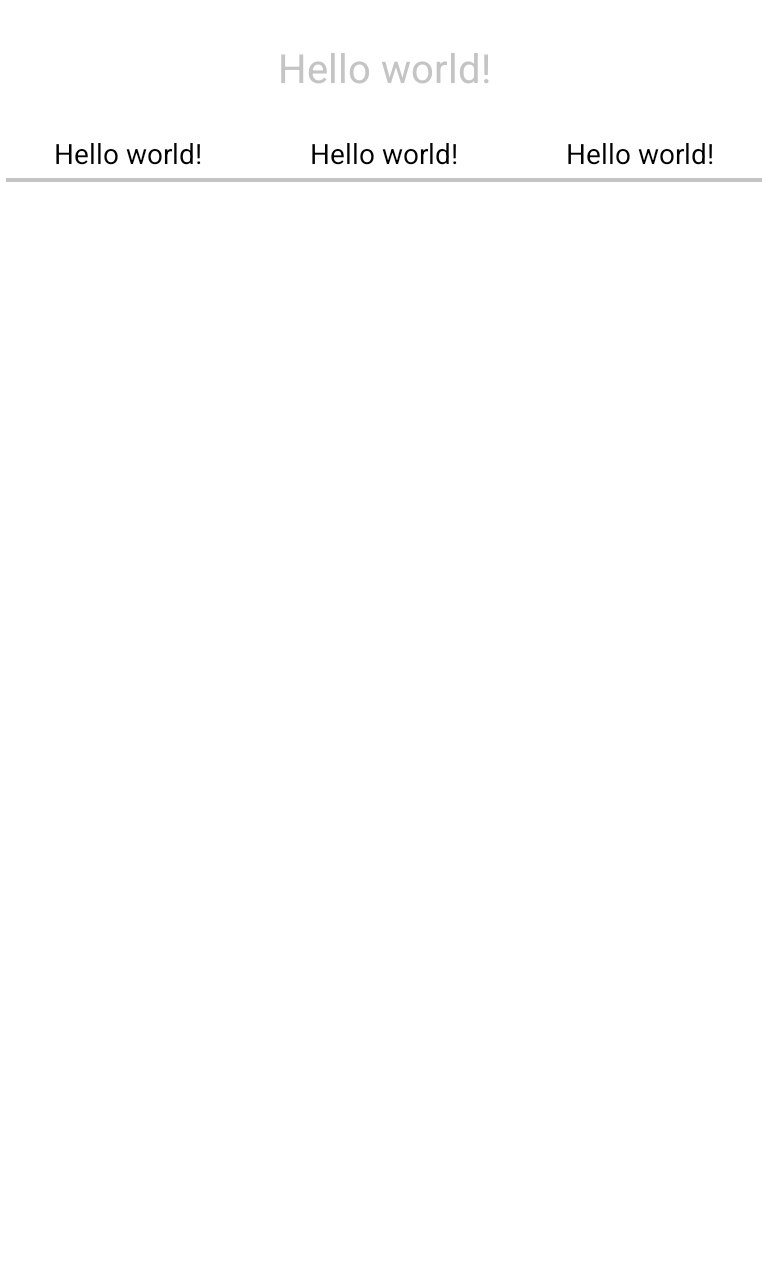
Repository: colincove/IAT381-Android
Layout: ColinCove_Assignment02/res/layout/activity_sensor_info.xml
These files come from the project's save history. The layout is drawn as it stood at one moment and after the next save; the edit follows.
It is drawn on a 768 x 1280 px phone screen (xhdpi) without system bars, with theme AppTheme; the app's code is not run.

Above is the layout before, as saved 2013-10-04 19:01:14.

### ColinCove_Assignment02/res/layout/activity_sensor_info.xml
<?xml version="1.0" encoding="utf-8"?>
<TableLayout xmlns:android="http://schemas.android.com/apk/res/android"
    android:layout_width="fill_parent"
    android:layout_height="fill_parent"
    android:orientation="vertical"
    android:id="@id/sensor_display_layout"
    android:stretchColumns="*"
     android:shrinkColumns="*"
     >
    <TableRow android:layout_width="wrap_content"
        android:layout_height="wrap_content"
        >
        <TextView
  android:textColor="@color/low_contrast"
  android:layout_marginTop="20dip"
  android:layout_marginBottom="20dip"
            android:textSize="20sp"
            android:gravity="center"
           android:layout_span="3"
        android:layout_width="wrap_content"
        android:layout_height="wrap_content"
        android:text="@string/hello_world" />
    </TableRow>
      <TableRow android:layout_width="fill_parent"
        android:layout_height="wrap_content">
        <TextView
            android:textColor="@color/heigh_contrast"
            android:gravity="center"
            android:layout_span="1"
        android:layout_width="wrap_content"
        android:layout_height="wrap_content"
        android:text="@string/hello_world" />
        <TextView
            android:textColor="@color/heigh_contrast"
            android:gravity="center"
            android:layout_span="1"
        android:layout_width="wrap_content"
        android:layout_height="wrap_content"
        android:text="@string/hello_world" />
        <TextView
            android:textColor="@color/heigh_contrast"
            android:gravity="center"
            android:layout_span="1"
        android:layout_width="wrap_content"
        android:layout_height="wrap_content"
        android:text="@string/hello_world" />
    </TableRow>
    <View
        android:layout_marginTop="20dip"
  android:layout_marginBottom="20dip"
        android:layout_height="2dip"
        android:layout_margin="3dip"
        android:background="@color/low_contrast" />
</TableLayout>

### ColinCove_Assignment02/res/values/colors.xml
<?xml version="1.0" encoding="utf-8"?>
<resources>
    <color name="low_contrast" >#c4c4c4</color>
    <color name="heigh_contrast" >#000000</color>
</resources>

### ColinCove_Assignment02/res/values/strings.xml
<?xml version="1.0" encoding="utf-8"?>
<resources>

    <string name="app_name">ColinCove_Assignment02</string>
    <string name="action_settings">Settings</string>
    <string name="hello_world">Hello world!</string>
    <string name="test_btn">My Test Button</string>
    <!-- Sensor Info Titles -->
    <string name="resolution_title">Sensor Resolution</string>
    <string name="max_range_title">Max Range</string>
    <string name="min_delay_title">Min Range</string>
    <string name="power_title">Power</string>
<string name="type_title">Type</string>
<string name="vendor_title">Vendor</string>
<string name="version_title">Version</string>
</resources>

Loaded but not shown: ColinCove_Assignment02/res/values/styles.xml (common file); ColinCove_Assignment02/res/values-v11/styles.xml (common file); ColinCove_Assignment02/res/values-v14/styles.xml (common file)

After the next save:
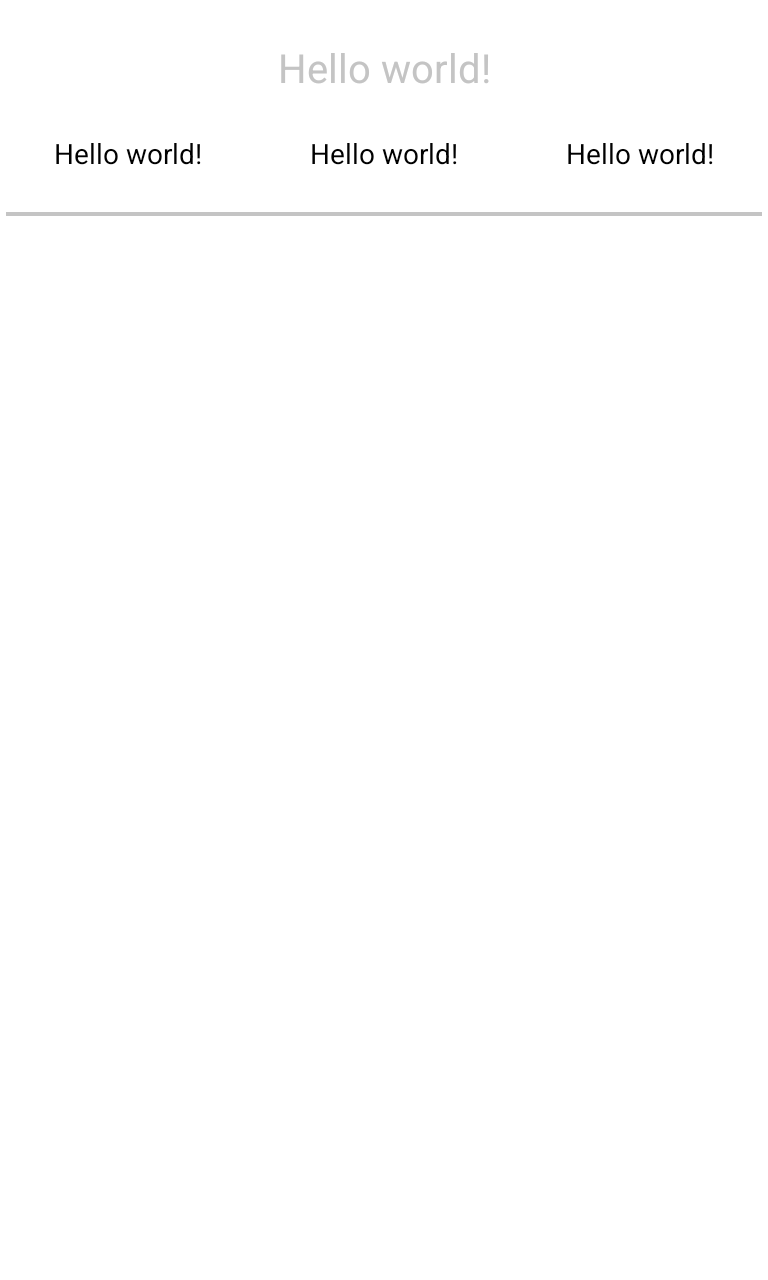
Saved 63 s later.
--- a/ColinCove_Assignment02/res/layout/activity_sensor_info.xml
+++ b/ColinCove_Assignment02/res/layout/activity_sensor_info.xml
@@ -49,6 +49,7 @@
         android:layout_marginTop="20dip"
   android:layout_marginBottom="20dip"
         android:layout_height="2dip"
-        android:layout_margin="3dip"
+        android:layout_marginRight="3dip"
+         android:layout_marginLeft="3dip"
         android:background="@color/low_contrast" />
 </TableLayout>
